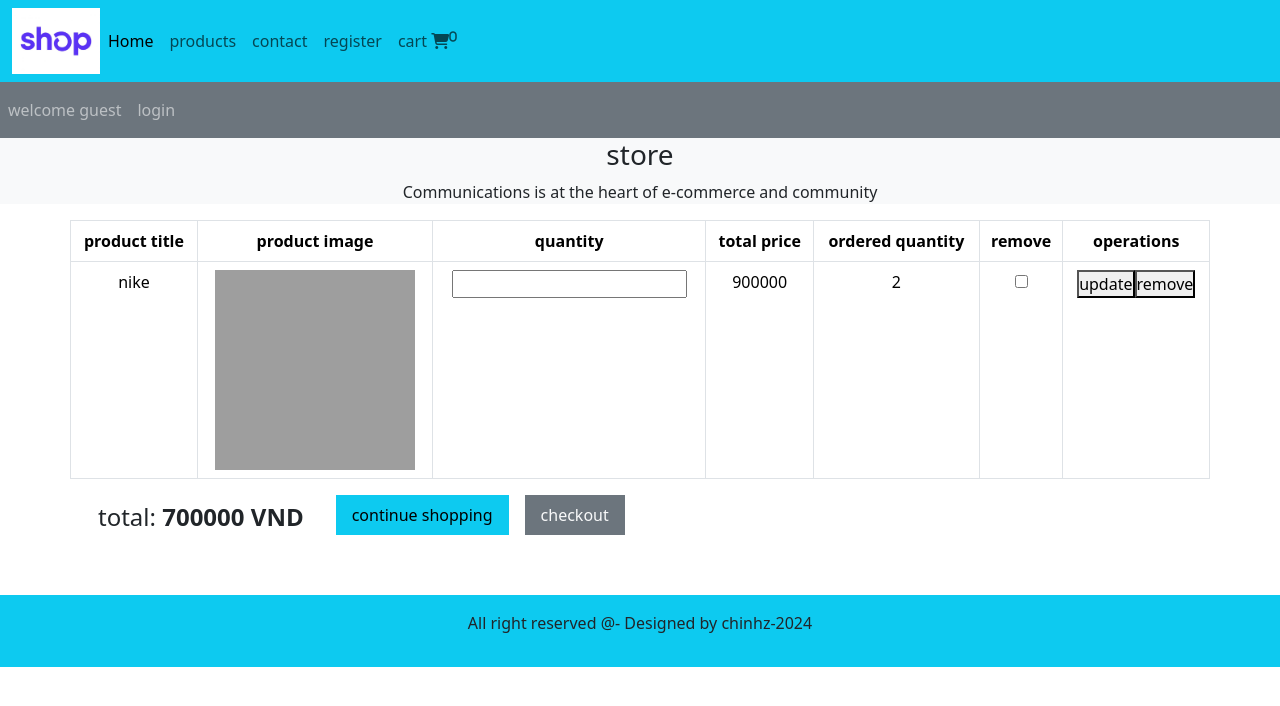
Repository: hahuuchinh2501/ecommerce_web
Page: http://localhost/cart.php
These files come from the project's save history. The page is drawn as it stood at one moment and after the next save; the edit follows.
The browser window is 1280 px wide. The pictures show the whole page.
Pictures or frames that could not be fetched are drawn as grey boxes. The page is run by PHP 8.4 with error messages shown; the project is at /var/www/html/. Queries for data that is not in the repository find no rows.

Above is the page before, as saved 2025-02-07 17:13:45.

After the next save:
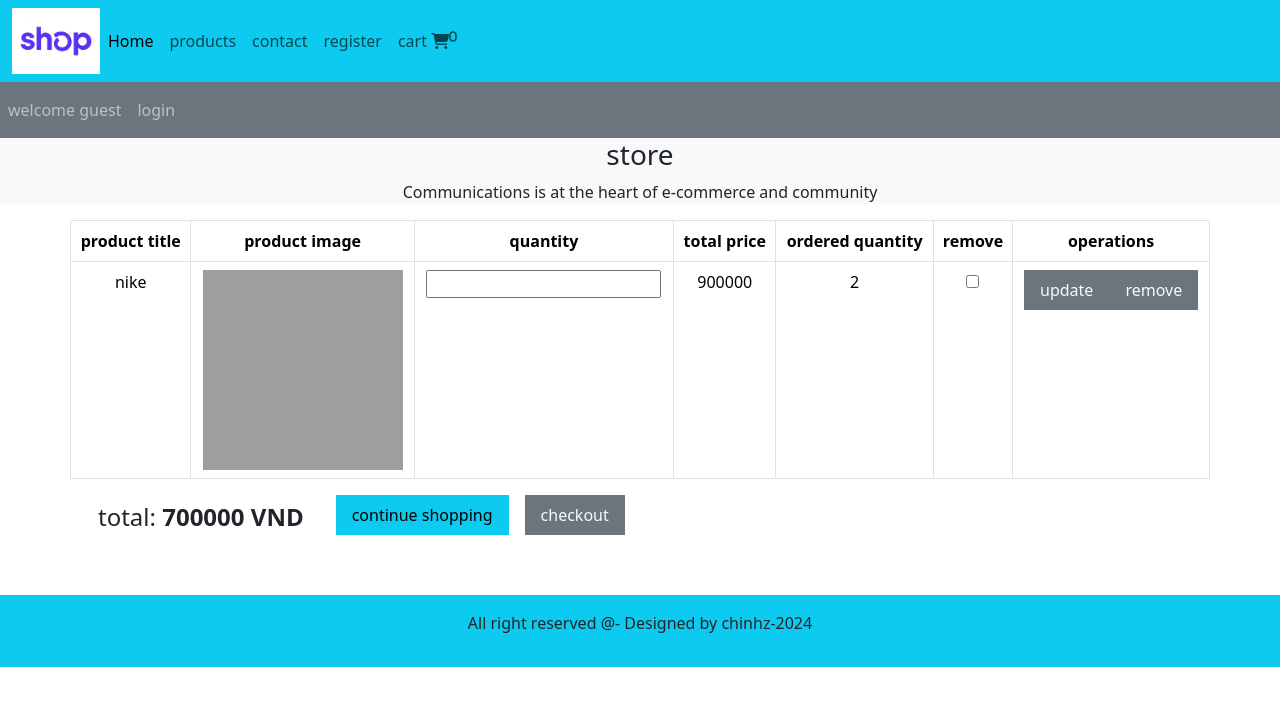
Saved 59 s later.
--- a/cart.php
+++ b/cart.php
@@ -102,7 +102,8 @@ include('functions/common_function.php');
                             <td>2</td>
                             <td><input type="checkbox"></td>
                             <td>
-                                <button>update</button><button>remove</button>
+                                <button class="bg-secondary p-3 py-2 border-0 text-light">update</button><button
+                                    class="bg-secondary p-3 py-2 border-0 text-light">remove</button>
                             </td>
                         </tr>
                     </tbody>
